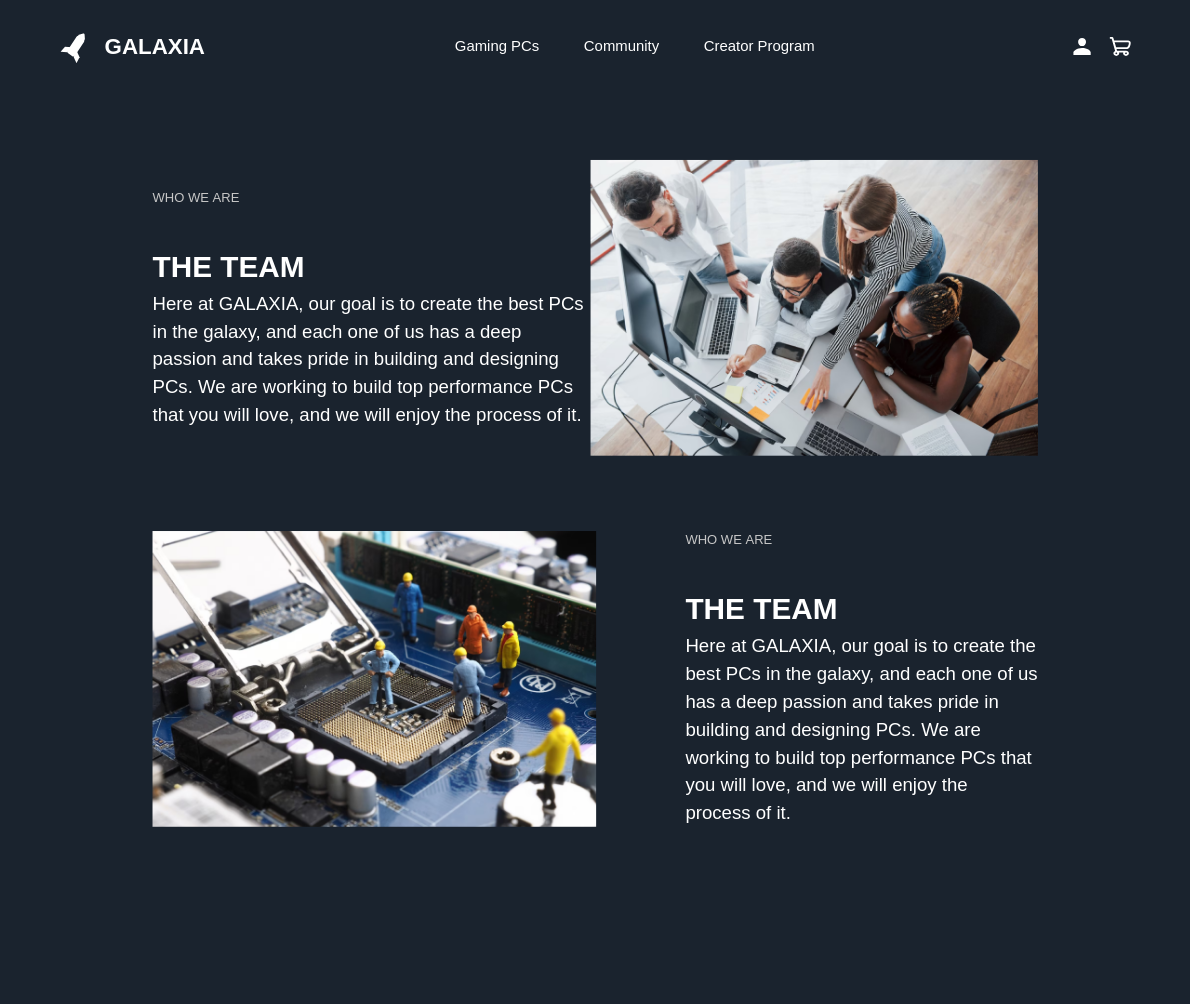
Repository: kaitlynlie/galaxia_pcs
Page: /community
The author's editor kept a copy of each file at every save. The page is drawn from the files as they stood at one save, then again after the next save.
The browser window is 1280 px wide. The pictures show the part of the page from y = 0 to 1080 px (the page is 2384 px tall before and 2383 px after), at 93% of full size.
Pictures or frames that could not be fetched are drawn as grey boxes. Some web fonts or font styles are not loaded; a fallback is used. The project was rebuilt for these pictures with package versions that can differ from the ones it lists, and the page was loaded fresh each time. Also part of the build but not shown: vite.config.js, components/Button.jsx, components/PCcard.jsx, components/WhyFeatures.jsx, sections/Hero.jsx, sections/Triton.jsx, sections/Neptune.jsx, sections/Jupiter.jsx and 5 more. Imported but missing from the stored project, and not drawn on this page: src/assets/video.mp4.

Above is the page before, as saved 2023-08-08 18:33:27.

### index.html
<!DOCTYPE html>
<html lang="en">
  <head>
    <meta charset="UTF-8" />
    <link rel="icon" type="image/svg+xml" href="/logo.svg" />
    <link rel="preconnect" href="https://stijndv.com" />
    <link rel="stylesheet" href="https://stijndv.com/fonts/Eudoxus-Sans.css" />
    <meta name="viewport" content="width=device-width, initial-scale=1.0" />
    <title>GALAXIA</title>
  </head>
  <body>
    <div id="root"></div>
    <script type="module" src="/src/main.jsx"></script>
  </body>
</html>

### src/main.jsx
import React from 'react'
import App from './App.jsx'
import ReactDOM from 'react-dom';
import { BrowserRouter } from 'react-router-dom';


ReactDOM.render(
  <BrowserRouter>
    <App />
  </BrowserRouter>,
  document.getElementById('root'),
);

### src/App.jsx
import Navbar from '../components/Navbar'
import Home from '../pages/Home'
import Community from '../pages/Community'
import Creator from '../pages/Creator'
import PCs from '../pages/PCs'
import { Route, Routes } from 'react-router-dom'
import React from 'react'
import '../styles/globals.css'

function App() {

  return (
    <>
    <div className='bg-primary-black overflow-hidden'>
      <Navbar />
      <Routes>
        <Route index path="/" element={<Home />} />
        <Route path="pc" element={<PCs />} />
        <Route path="community" element={<Community />} />
        <Route path="creator" element={<Creator />} />
      </Routes>
     </div>
    </>
  )
}

export default App

### components/Navbar.jsx
import { motion } from "framer-motion";
import styles from '../styles'
import { navVariants, textVariant } from '../utils/motion'
import { useState } from "react";
import { RiMenu3Line, RiCloseLine } from 'react-icons/ri';
import { Link } from 'react-router-dom'
import React from 'react'

const Navbar = () => {
  const [toggleMenu, setToggleMenu] = useState(false);

  const [nav, setNav] = useState(false);

  const openNav = () => {
    setNav(!nav);
  };

  return(
   <motion.nav
    variants={navVariants}
    initial="show"
    whileInView="show"
    viewport={{ once: false, amount: 0.25 }}
    className={`${styles.xPaddings} py-8 relative`}
  >
    <div className={`${styles.innerWidth} mx-auto flex justify-between gap-8 inline-block`}>
      <div className="flex flex-row gap-4">
        <img
          src='./logo.svg'
          alt='logo'
          />
          <Link onClick={openNav} to="/"><motion.h1 variants={textVariant(1.1)} className="flex text-white font-bold text-[24px]">
            <a>GALAXIA</a>
          </motion.h1></Link>
      </div>

      <ul className='flex justify-center items-center text-white max-[880px]:hidden block'>
        <Link onClick={openNav} to='/pc'><li className="mr-12"><a>Gaming PCs</a></li></Link>
        <Link onClick={openNav} to='/community'><li className="mr-12"><a>Community</a></li></Link>
        <Link onClick={openNav} to='/creator'><li><a>Creator Program</a></li></Link>
      </ul>

      <div className="relative ml-1 pointer max-[880px]:block hidden z-10">
        {toggleMenu
          ? <RiCloseLine color="#fff" size={27} onClick={() => setToggleMenu(false)} />
          : <RiMenu3Line color="#fff" size={27} onClick={() => setToggleMenu(true)} />}
        {toggleMenu && (
        <div className="flex justify-end items-end flex-col text-end bg-[#026884ce] p-3 absolute top-[40px] right-[10px] mt-1 rounded-[5px] shadow z-10">
          <div className="none">
            <ul className='flex justify-end items-end flex-col text-white text-end p-1'>
              <Link onClick={openNav} to='/pc'><li><a>Gaming PCs</a></li></Link>
              <Link onClick={openNav} to='/community'><li className="mt-2 pointer"><a>Community</a></li></Link>
              <Link onClick={openNav} to='/creator'><li className="mt-2 pointer"><a>Creator Program</a></li></Link>
            </ul>
          </div>
        </div>
        )}
        </div>

        <div className="flex flex-row gap-4 items-center max-[880px]:hidden block">
        <img
          src='./user.svg'
          alt='user'
        />
        <img
          src='./cart.svg'
          alt='cart'
        />
      </div>
      </div>

  </motion.nav>
  );
};

export default Navbar;

### pages/Community.jsx
import { Footer, Navbar } from '../components';
import { People, Video } from '../sections';
import styles from '../styles';
import { TypingText } from '../components';
import React from 'react'

const Community = () => (
  <div className='bg-primary-black overflow-hidden'>
    <div className='relative'>
    {/* <span className={`${styles.xPaddings} font-extrabold text-white text-[40px]`}>COMMUNITY</span> */}
      <People />
      {/* <div className='gradient-03 z-0' /> */}
    </div>
    <div className='relative'>
      <Video />
      <div className={`w-full ${styles.xPaddings} md:px-[100px] mt-10 items-center flex-col flex justify-between relative mb-20`}>
          <TypingText title='WHO WE ARE' textStyles='text-center' />
          <div className={`${styles.xPaddings} font-normal text-center text-secondary-white mt-10 flex-col flex flex-center`}>
              <span className="font-extrabold text-white sm:text-[32px] text-[20px]">THE TEAM</span>
              <p className="text-[20px] text-white">Here at GALAXIA, our goal is to create the best PCs in the galaxy, and each one of us has a deep passion and takes pride in building and designing PCs. We are working to build top performance PCs that you will love, and we will enjoy the process of it.</p>
          </div>
        </div>
      {/* <div className='gradient-04 z-0' /> */}
      <Footer />
    </div>
  </div>
);

export default Community;

### styles/globals.css
@import "tailwindcss/base";

@import "tailwindcss/components";

@import "tailwindcss/utilities";

* {
  margin: 0;
  padding: 0;
  box-sizing: border-box;
  font-family: "Eudoxus Sans", sans-serif;
  scroll-behavior: smooth;
}

.gradient-01 {
  background-image: linear-gradient(
    270deg,
    hsl(295deg 76% 51%) 0%,
    hsl(284deg 70% 73%) 26%,
    hsl(257deg 70% 86%) 39%,
    hsl(202deg 92% 90%) 50%,
    hsl(215deg 77% 81%) 61%,
    hsl(221deg 73% 70%) 74%,
    hsl(220deg 76% 51%) 100%
  );
  filter: blur(125px);
}

.hero-gradient {
  background: linear-gradient(
    97.86deg,
    #a509ff 0%,
    #34acc7 53.65%,
    #a134c7 100%
  );
}

.gradient-02 {
  position: absolute;
  width: 200px;
  height: 438px;
  top: 0px;
  right: 0px;

  background: #7aebfb;
  filter: blur(190px);
}

.glassmorphism {
  background: rgba(255, 255, 255, 0.25);
  box-shadow: 0 8px 32px 0 rgba(31, 38, 135, 0.37);
  backdrop-filter: blur(4px);
  -webkit-backdrop-filter: blur(4px);
  border: 1px solid rgba(255, 255, 255, 0.18);
}

.gradient-03 {
  position: absolute;
  width: 404px;
  height: 800px;
  left: 20%;
  top: 5%;

  background: rgba(149, 66, 232, 0.35);
  filter: blur(175px);
  transform: rotate(-114.2deg);
}

.gradient-04 {
  position: absolute;
  width: 304px;
  height: 100vh;
  left: 30%;
  top: 10%;

  background: rgba(45, 72, 152, 0.75);
  filter: blur(200px);
  transform: rotate(-53.13deg);
}

.gradient-05 {
  background: linear-gradient(
    180deg,
    rgba(255, 255, 255, 0.04) 0%,
    rgba(255, 255, 255, 0) 100%
  );
}

.feedback-gradient {
  position: absolute;
  width: 200px;
  height: 316px;
  left: 0px;
  top: 0px;

  background: #8d39a3;
  filter: blur(175px);
}

.footer-gradient {
  position: absolute;
  width: 500px;
  height: 100px;
  left: 37%;
  bottom: 0;

  background: #65c4fa;
  filter: blur(150px);
}

.object {
  animation: MoveUpDown 4s linear infinite;
  position: relative;
  left: 0;
  bottom: 0;
}

@keyframes MoveUpDown {
  0%, 100% {
    bottom: 0;
  }
  50% {
    bottom: 100px;
  }
}

### styles/index.js
const styles = {
    innerWidth: '2xl:max-w-[1280px] w-full',
    interWidth: 'lg:w-[80%] w-[100%]',

    paddings: 'sm:p-16 xs:p-8 px-6 py-12',
    yPaddings: 'sm:py-16 xs:py-8 py-12',
    xPaddings: 'sm:px-16 px-6',
    topPaddings: 'sm:pt-16 xs:pt-8 pt-12',
    bottomPaddings: 'sm:pb-16 xs:pb-8 pb-12',

    flexCenter: 'flex justify-center items-center',
    flexStart: 'flex justify-start items-start',
    flexEnd: 'flex justify-end',
    navPadding: 'pt-[98px]',

    // hero section
    heroHeading:
        'font-bold lg:text-[144px] md:text-[100px] sm:text-[60px] text-[44px] lg:leading-[158.4px] md:leading-[114.4px] sm:leading-[74.4px] leading-[64.4px] uppercase text-white',
    heroDText:
        'md:w-[212px] sm:w-[80px] w-[60px] md:h-[108px] sm:h-[48px] h-[38px] md:border-[18px] border-[9px] rounded-r-[50px] border-white sm:mx-2 mx-[6px]',
  };

  export default styles;

### components/index.js
import Navbar from './Navbar';
import { TypingText, TitleText } from './CustomTexts';
import PCcard from './PCcard';
import WhyFeatures from './WhyFeatures';
import Footer from './Footer';
import Button from './Button';

export {
  Navbar,
  TitleText,
  TypingText,
  WhyFeatures,
  PCcard,
  Footer,
  Button,
};

### sections/index.js
import Hero from './Hero';
import Triton from './Triton';
import Neptune from './Neptune';
import Jupiter from './Jupiter';
import WhyUs from './WhyUs';
import People from './People';
import Video from './Video'
import Program from './Program'

export {
  Hero,
  Triton,
  Neptune,
  Jupiter,
  WhyUs,
  People,
  Video,
  Program
};

### components/CustomTexts.jsx
'use client';

import { motion } from "framer-motion";
import { textContainer, textVariant2 } from '../utils/motion'

export const TypingText = ({ title, textStyles}) => (
  <motion.p
    variants={textContainer}
    className={`font-normal text-[14px] text-secondary-white ${textStyles}`}
  >
    {Array.from(title).map((letter, index) => (
      <motion.span variants={textVariant2} key={index}>
        {letter === ' ' ? '\u00A0' : letter}
      </motion.span>
    ))}
  </motion.p>
);

export const TitleText = ({ title, textStyles}) => (
  <motion.h2
    variants={textVariant2}
    initial='hidden'
    whileInView='show'
    className={`mt-[22px] font-bold text-[32px] text-white ${textStyles}`}>
      {title}
  </motion.h2>
);

### components/Footer.jsx
'use client';
import { motion } from "framer-motion";
import { socials } from "../constants";
import styles from "../styles";
import { footerVariants } from "../utils/motion";

const Footer = () => (
  <motion.footer
    variants={footerVariants}
    initial='show'
    whileInView='show'
    viewport={{ once: true, amount: 0.25 }}
    className={`${styles.paddings} py-8 relative`}>
    {/* <div className="footer-gradient" /> */}
    <div className={`${styles.innerWidth} mx-auto flex flex-col gap-8`}>
      <div className="flex items-center sm:justify-between flex-wrap gap-5">
        <h4 className="font-bold md:text-[64px] text-[44px] text-white">Stay Up to Date</h4>
        <button type="button" className="flex items-center h-fit py-4 px-6 bg-[#25618b] rounded-[32px] gap-[12px]">
          <img src='/logo.svg' alt='logo' className="w-[24px] h-[24px] object-contains"/>
          <span className="font-normal text-[16px] text-white">Sign Up</span>
        </button>
      </div>

      <div className="flex flex-col">
        <div className="mb-[50px] h-[2px] bg-white opacity-10"/>
        <div className="flex items-center justify-between flex-wrap gap-4">
          <h4 className="font-extrabold text-[24px] text-white">GALAXIA</h4>
          <p className="font-normal text-[14px] text-white opacity-50">
          Copyright © 2023 - 2024 Galaxia. All rights reserved.
          </p>
          <div className="flex gap-4">
            {socials.map((social) => (
              <img
                key={social.name}
                src={social.url}
                alt={social.name}
                className="w-[24px] h-[24px] object-contain cursor-pointer" />
            ))}
          </div>
        </div>
      </div>
    </div>
  </motion.footer>
);

export default Footer;

### sections/People.jsx
import React from 'react'

import { motion } from "framer-motion";
import { TypingText, Button } from '../components'
import styles from '../styles';
import { fadeIn, staggerContainer } from '../utils/motion';

const People = () => (
    <section className={`${styles.xPaddings} relative z-10 py-8 flex flex-col justify-center items-center mt-10`}>
      <div className={`${styles.innerWidth} md:px-[100px] mb-0 items-center flex-row max-[1234px]:flex-col flex justify-between`}>

        {/* <div className='mr-24 max-[1234px]:mr-0'> */}
        <div>
          <TypingText title='WHO WE ARE' textStyles='text-start max-[1234px]:text-center' />
          <div className="font-normal text-start max-[1234px]:text-center text-secondary-white mt-10 flex-col flex flex-center">
              <span className="font-extrabold text-white sm:text-[32px] text-[20px]">THE TEAM</span>
              <p className="text-[20px] text-white">Here at GALAXIA, our goal is to create the best PCs in the galaxy, and each one of us has a deep passion and takes pride in building and designing PCs. We are working to build top performance PCs that you will love, and we will enjoy the process of it.</p>
          </div>
        </div>

          <img
            src="/team.png"
            alt="team"
            className="z-10 relative w-[90%] h-[90%] max-[1234px]:mt-20 max-[1234px]:hidden"
          />
    </div>

    <div
        className={`${styles.innerWidth} ${styles.xPaddings} md:px-[100px] mb-0 items-center flex-row max-[1234px]:flex-col flex flex-start justify-between mt-20`}>
          <img
            src="/process.png"
            alt="process"
            className="z-10 relative w-[90%] h-[90%]"
          />

        <div className='ml-24 max-[1234px]:ml-0 max-[1234px]:mt-20'>
          <TypingText title='WHO WE ARE' textStyles='text-start max-[1234px]:text-center' />
          <motion.div
            variants={fadeIn('up', 'tween', 0.2, 1)}
            viewport={{ once: true, amount: 0.25}}
            className="font-normal max-[1234px]:text-center text-start text-secondary-white mt-10 flex-col flex flex-center">
              <span className="font-extrabold text-white sm:text-[32px] text-[20px]">THE TEAM</span>
              <p className="text-[20px] text-white">Here at GALAXIA, our goal is to create the best PCs in the galaxy, and each one of us has a deep passion and takes pride in building and designing PCs. We are working to build top performance PCs that you will love, and we will enjoy the process of it.</p>
          </motion.div>
        </div>
    </div>
</section>
);

export default People

### sections/Video.jsx
import React, { useState } from 'react';
import { BsFillPlayFill, BsPauseFill } from 'react-icons/bs'
import { video } from '../src/assets';
import styles from '../styles';
import { TypingText } from '../components';

const Video = () => {
  const vidRef = React.useRef();
  const [playVideo, setplayVideo] = React.useState(false)
  const handleVideo = () => {
    setplayVideo((prevPlayVideo) => !prevPlayVideo)
    if(playVideo) {
      vidRef.current.pause();
    } else {
      vidRef.current.play();
    }
  }
  return (
    <div className={`h-screen relative mt-20 max-[1200px]:px-0 px-80 py-20 max-[1200px]:py-0`}>
      <video
        src={video}
        ref={vidRef}
        className='object-cover w-[100%] h-[100%]'
        type='video/mp4'
        loop
        controls = {false}
        muted
      />
      <div className='absolute flex justify-center items-center inset-0'>
        <div
        className='flex justify-center items-center pointer rounded-full border border-white w-[100px] h-[100px]'
        onClick={handleVideo}>
          {playVideo
          ? ( <BsPauseFill color='#fff' fontSize={50}/>
          ) : <BsFillPlayFill color='#fff' fontSize={50}/> }
        </div>
      </div>
    </div>
  )
};

export default Video;

### constants/index.js
export const neptuneSet = [
  {
    imgUrl: '/pc3.png',
    title: 'THALASSA',
    price: '$1,099.99 USD',
    xprice: '$1,299.99 USD',
  },
  {
    imgUrl: '/pc2.png',
    title: 'NEREID',
    price: '$1,399.99 USD',
    xprice: '$1,699.99 USD',
  },
  {
    imgUrl: '/pc1.png',
    title: 'TRITON',
    price: '$1,599.99 USD',
    xprice: '$1,999.99 USD'
  }
];

export const jupiterSet = [
  {
    imgUrl: '/pc4.png',
    title: 'EUROPA',
    price: '$2,499.99 USD',
    xprice: '$2,699.99 USD',
  },
  {
    imgUrl: '/pc5.png',
    title: 'CALLISTO',
    price: '$2,599.99 USD',
    xprice: '$2,799.99 USD',
  },
  {
    imgUrl: '/pc6.png',
    title: 'GANYMEDE',
    price: '$2,799.99 USD',
    xprice: '$2,999.99 USD'
  }
]

export const whyUs = [
  {
    number: 1,
    subtitle: 'Built with the highest quality of materials, Galaxia hand builds and ships worldwide, delivering with a white glove service.'
  },
  {
    number: 2,
    subtitle: 'We offer a 1 year full parts and labor warranty in case anything happens, so you can spend your time having fun instead fo worrying.'
  },
  {
    number: 3,
    subtitle: 'We are not lying when we say we have the highest performing PCs in the galaxy, with quality parts and expert craftmanship for the best experience.'
  }
]

export const creators = [
  {
    number: 1,
    subtitle: 'When you sign up for our GALAXIA creator program, your application will be interviewed by our team. Then, if you are the right fit, you will receive a response.'
  },
  {
    number: 2,
    subtitle: 'If you have been accepted to our program, then congratulations! You will receive a welcome email, tracking link, creator panel, and more you will need to be a GALAXIA creator.'
  },
  {
    number: 3,
    subtitle: 'Once your creator panel is up and running, you will receive 5% of every sale you make by using your link!'
  }
]

export const socials = [
  {
    name: 'twitter',
    url: '/twitter.svg',
  },
  {
    name: 'linkedin',
    url: '/linkedin.svg',
  },
  {
    name: 'instagram',
    url: '/instagram.svg',
  },
  {
    name: 'facebook',
    url: '/facebook.svg',
  },
];

### src/assets/index.js
import video from './video.mp4'

export {
    video
}

### tailwind.config.js
/** @type {import('tailwindcss').Config} */
module.exports = {
  content: [
    "./src/**/*.{html,js,jsx}",
    './pages/**/*.{html,js,jsx}',
    './components/**/*.{html,js,jsx}',
    './sections/**/*.{html,js,jsx}',
    './styles/**/*.{js,jsx}',
  ],
  mode: 'jit',
  theme: {
    extend: {
      colors: {
        'primary-black': '#1A232E',
        'secondary-white': '#c7c7c7',
      },
      transitionTimingFunction: {
        'out-flex': 'cubic-bezier(0.05, 0.6, 0.4, 0.9)',
      },
    },
  },
  plugins: [],
};

Loaded but not shown: utils/motion.js (161 lines, source omitted)

After the next save:
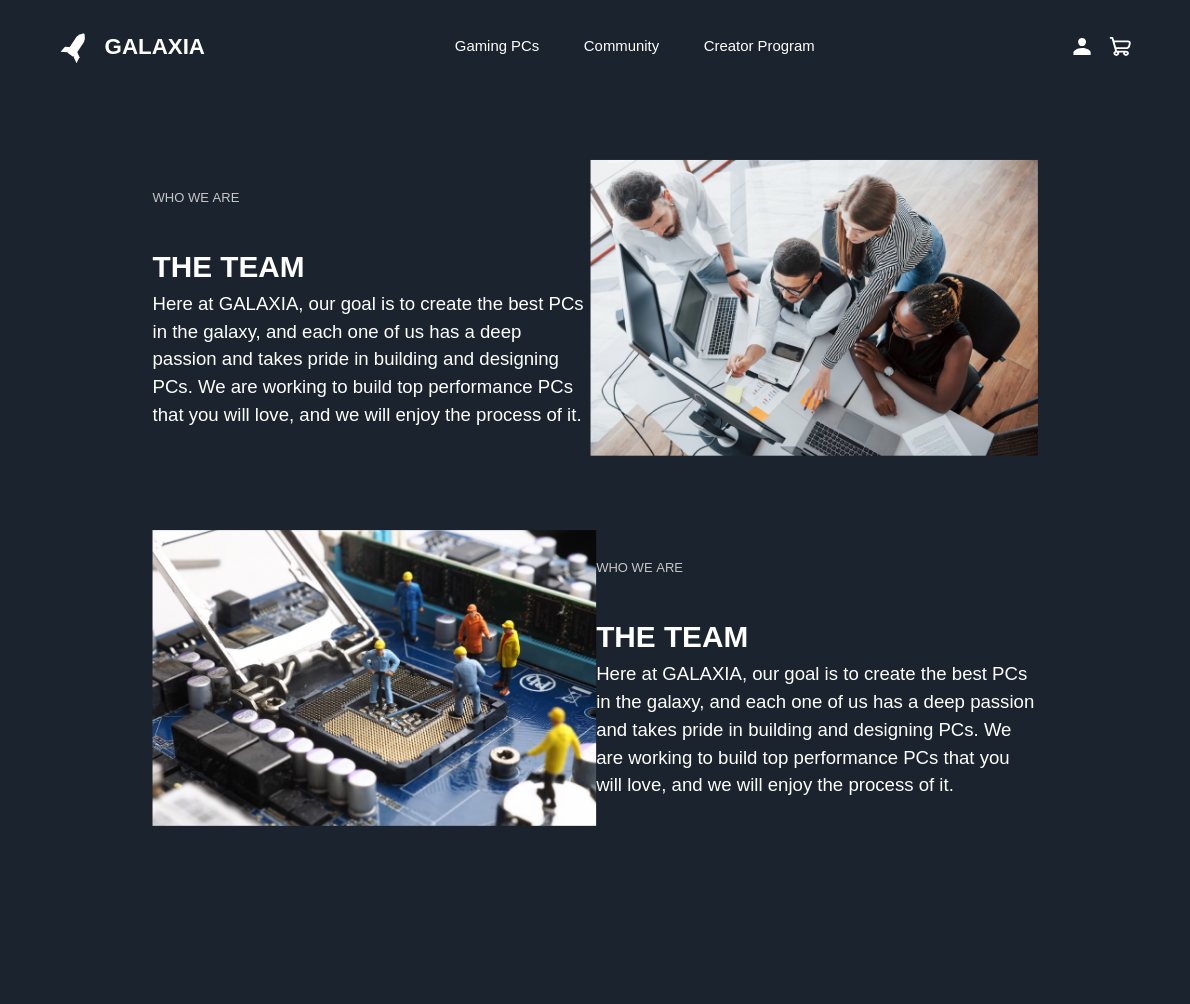
Saved 58 s later.
--- a/sections/People.jsx
+++ b/sections/People.jsx
@@ -25,24 +25,24 @@
           />
     </div>
 
-    <div
-        className={`${styles.innerWidth} ${styles.xPaddings} md:px-[100px] mb-0 items-center flex-row max-[1234px]:flex-col flex flex-start justify-between mt-20`}>
-          <img
-            src="/process.png"
-            alt="process"
-            className="z-10 relative w-[90%] h-[90%]"
-          />
+    <div className={`${styles.innerWidth} ${styles.xPaddings} md:px-[100px] mb-0 items-center flex-row max-[1234px]:flex-col flex flex-start justify-between mt-20`}>
+      <img
+        src="/process.png"
+        alt="process"
+        className="z-10 relative w-[90%] h-[90%]"
+      />
 
-        <div className='ml-24 max-[1234px]:ml-0 max-[1234px]:mt-20'>
-          <TypingText title='WHO WE ARE' textStyles='text-start max-[1234px]:text-center' />
-          <motion.div
-            variants={fadeIn('up', 'tween', 0.2, 1)}
-            viewport={{ once: true, amount: 0.25}}
-            className="font-normal max-[1234px]:text-center text-start text-secondary-white mt-10 flex-col flex flex-center">
-              <span className="font-extrabold text-white sm:text-[32px] text-[20px]">THE TEAM</span>
-              <p className="text-[20px] text-white">Here at GALAXIA, our goal is to create the best PCs in the galaxy, and each one of us has a deep passion and takes pride in building and designing PCs. We are working to build top performance PCs that you will love, and we will enjoy the process of it.</p>
-          </motion.div>
-        </div>
+      {/* <div className='ml-24 max-[1234px]:ml-0 max-[1234px]:mt-20'> */}
+      <div>
+        <TypingText title='WHO WE ARE' textStyles='text-start max-[1234px]:text-center' />
+        <motion.div
+          variants={fadeIn('up', 'tween', 0.2, 1)}
+          viewport={{ once: true, amount: 0.25}}
+          className="font-normal max-[1234px]:text-center text-start text-secondary-white mt-10 flex-col flex flex-center">
+            <span className="font-extrabold text-white sm:text-[32px] text-[20px]">THE TEAM</span>
+            <p className="text-[20px] text-white">Here at GALAXIA, our goal is to create the best PCs in the galaxy, and each one of us has a deep passion and takes pride in building and designing PCs. We are working to build top performance PCs that you will love, and we will enjoy the process of it.</p>
+        </motion.div>
+      </div>
     </div>
 </section>
 );
